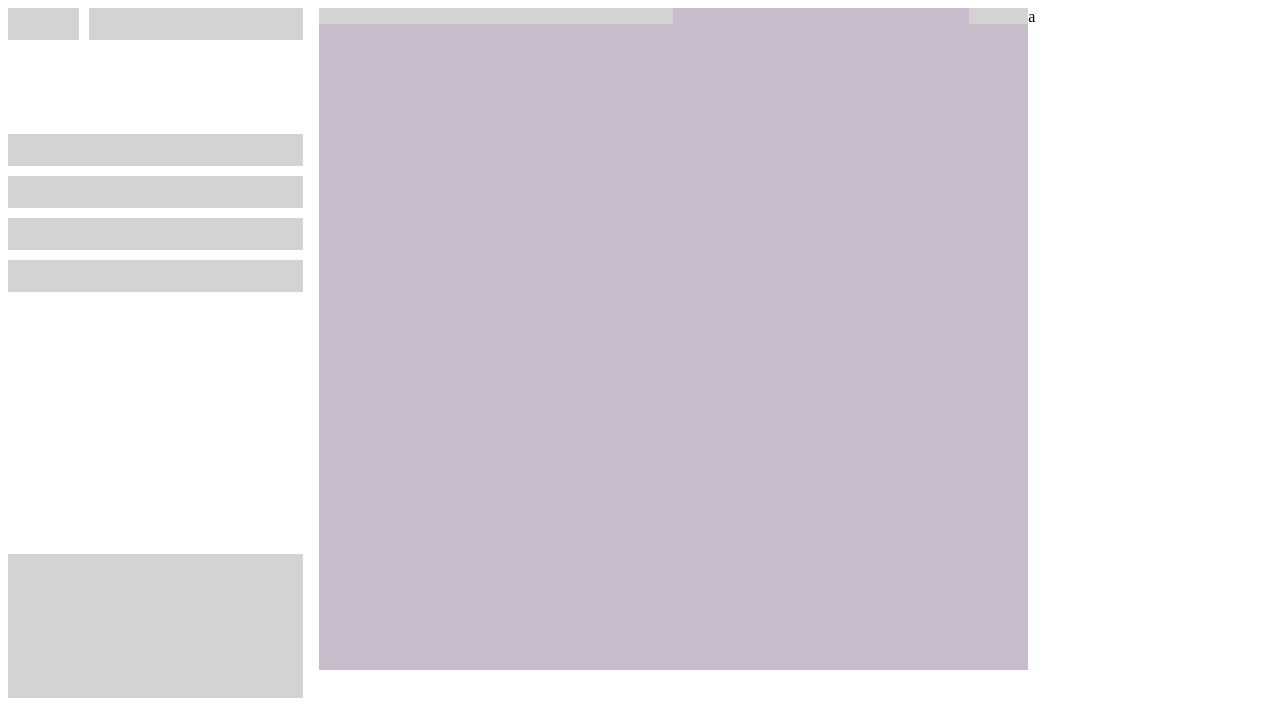
Repository: tr2cky/exercise2
Page: index.html
These files come from the project's save history. The page is drawn as it stood at one moment and after the next save; the edit follows.
The browser window is 1280 px wide. The pictures show the whole page.

Above is the page before, as saved 2022-10-01 11:53:37.

After the next save:
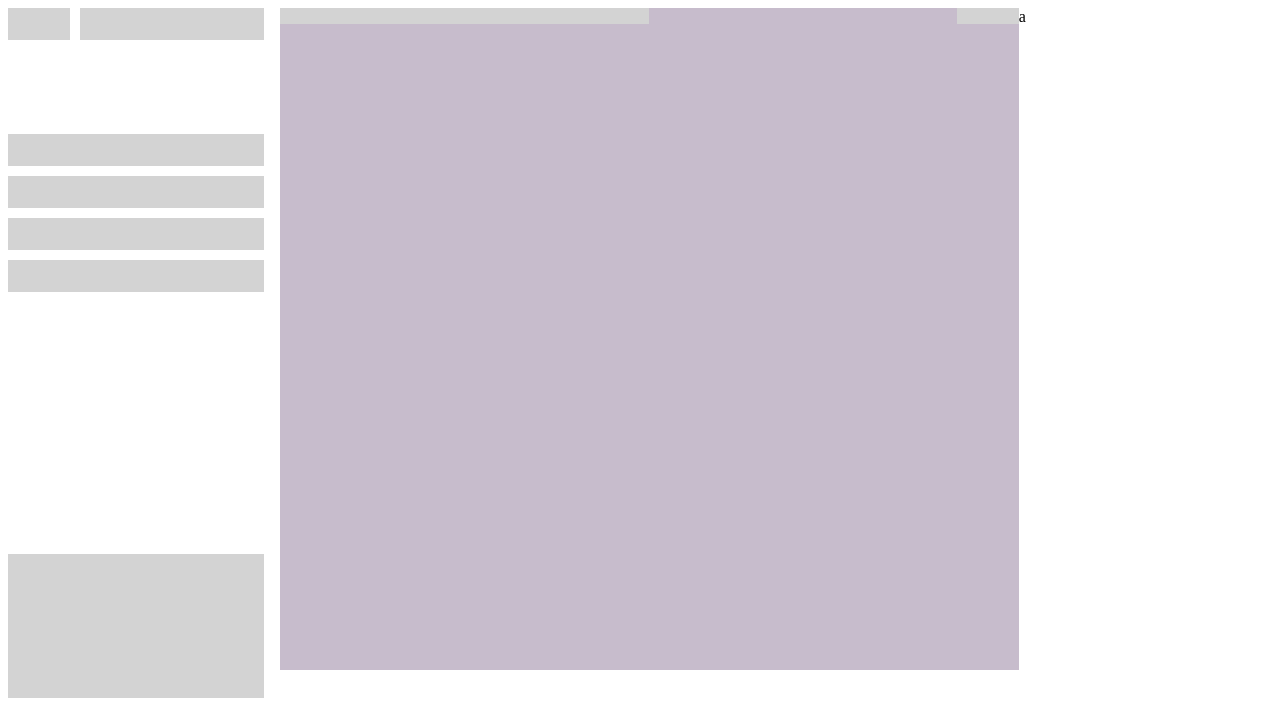
Saved 25 s later.
--- a/style.css
+++ b/style.css
@@ -24,10 +24,7 @@ main {
 .side1 div, main div, .side2 div {
     background-color: lightgray;
 }
-#box1 {
-    border: 1px solid lightgray;
-    padding: 5px;
-}
+
 #box3{
     grid-column: 1/3;
     grid-row: 8;
